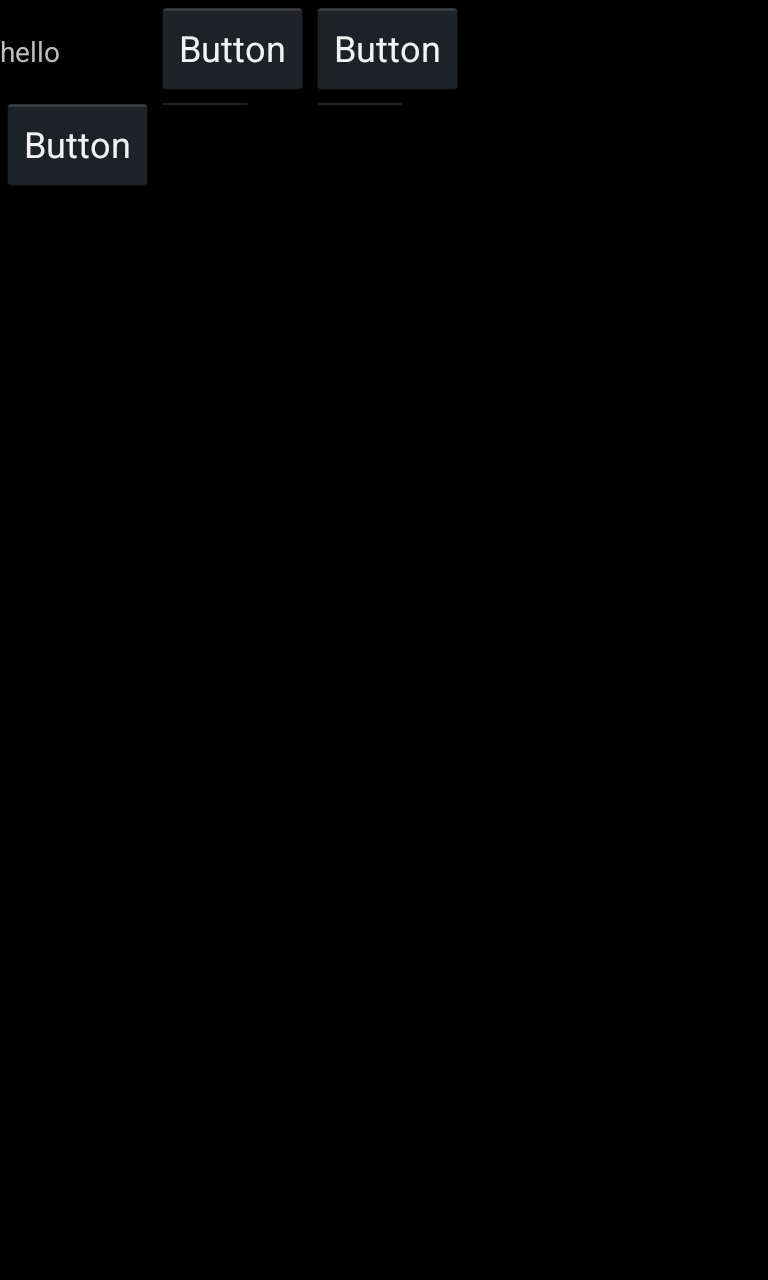
Repository: GuangmingChan/DevelopAndroidApp
Layout: demoGridLayout2/res/layout/main.xml
These files come from the project's save history. The layout is drawn as it stood at one moment and after the next save; the edit follows.
It is drawn on a 768 x 1280 px phone screen (xhdpi) without system bars, with theme android:Theme.Holo; the app's code is not run.

Above is the layout before, as saved 2017-03-28 03:34:48.

After the next save:
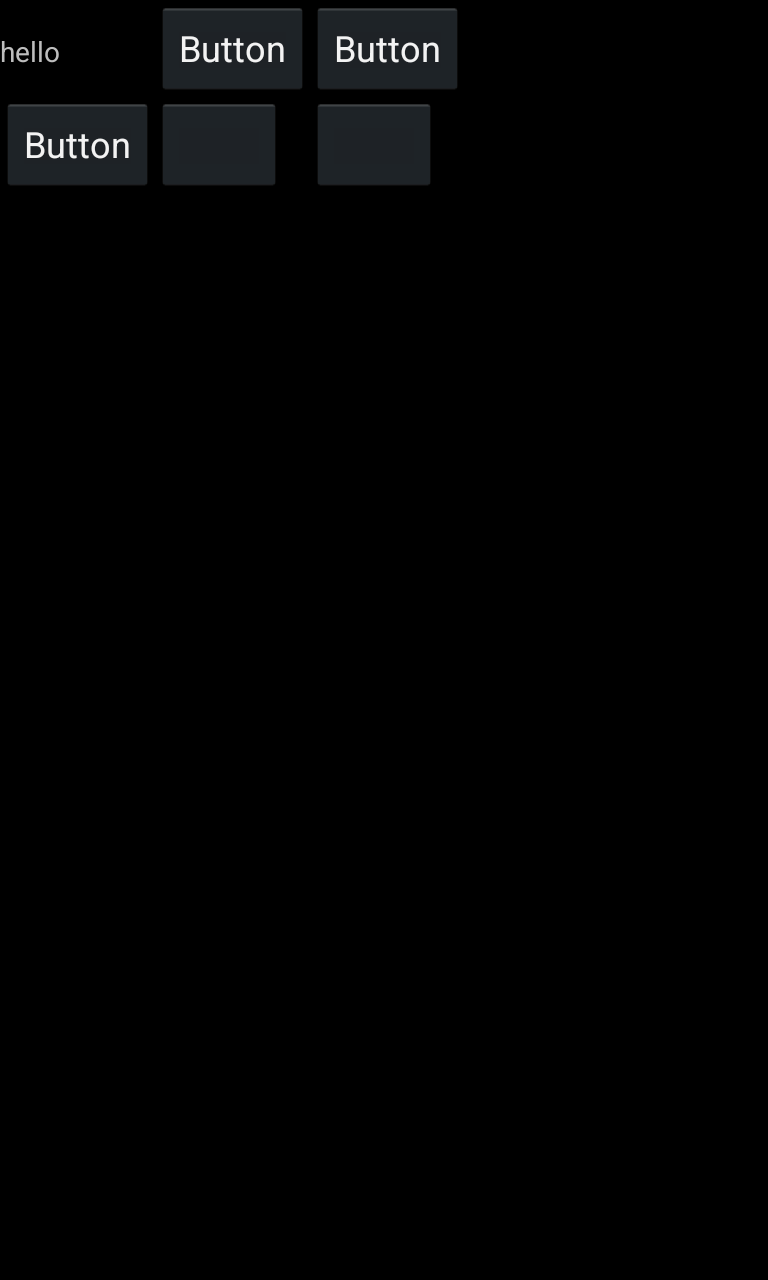
Saved 26 s later.
--- a/demoGridLayout2/res/layout/main.xml
+++ b/demoGridLayout2/res/layout/main.xml
@@ -32,13 +32,13 @@
         android:text="Button" />
 
     <Button
-        android:layout_width="50dp"
-        android:layout_height="1dp"
+        android:layout_width="wrap_content"
+        android:layout_height="wrap_content"
         android:layout_column="1"
         android:layout_row="1" />
  	<Button
-        android:layout_width="50dp"
-        android:layout_height="1dp"
+        android:layout_width="wrap_content"
+        android:layout_height="wrap_content"
         android:layout_column="2"
         android:layout_row="1" />
 
